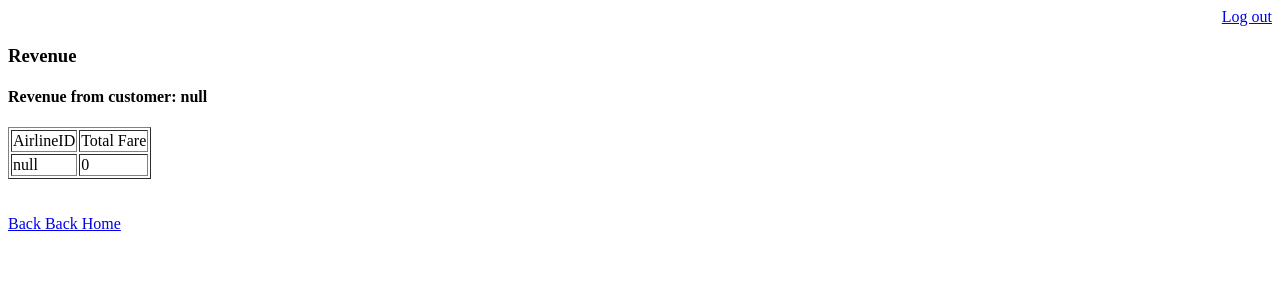
Repository: Pheazon/data_management
Page: http://localhost/cs336Final/revenueAirline.jsp
An editor plug-in stored every save of this project. The page is shown before and after the next save, followed by the edit.
The browser window is 1280 px wide. The pictures show the whole page.
The page is served by Tomcat 9. The database holds what the project's SQL file puts in it.

Above is the page before, as saved 2019-12-12 02:43:51.

### cs336Final/WebContent/revenueAirline.jsp
<%@ page language="java" contentType="text/html; charset=ISO-8859-1"
	pageEncoding="ISO-8859-1" import="com.cs336.pkg.*"%>
<%@ page import="java.io.*,java.util.*,java.sql.*"%>
<%@ page import="javax.servlet.http.*,javax.servlet.*"%>
<!DOCTYPE html PUBLIC "-//W3C//DTD HTML 4.01 Transitional//EN" "http://www.w3.org/TR/html4/loose.dtd">
<html>
<head>
<meta http-equiv="Content-Type" content="text/html; charset=ISO-8859-1">
<title>All Orders by Customer</title>
</head>
<body>



<div align="right"><a href='logout.jsp'>Log out</a></div>


<h3>Revenue</h3>

<h4>Revenue from customer: <%=request.getParameter("userid")%></h4>
<%

try{
		String userid = request.getParameter("userid");
		int totalRev = 0;

		ApplicationDB db = new ApplicationDB();
		Connection con = db.getConnection();
		PreparedStatement ps = null;
		Class.forName("com.mysql.jdbc.Driver").newInstance();
		Connection conn = db.getConnection();

		Statement statement = con.createStatement();
		String airline = request.getParameter("airline");

		String command = "SELECT FlightNumber FROM Flight WHERE airlineID = '" + airline+ "'";

		ResultSet result = statement.executeQuery(command);
		//Make an HTML table to show the results in:
		out.print("<table border='1'>");

		//make a row
		out.print("<tr>");

		//make a column
		out.print("<td>");
		out.print("AirlineID");
		out.print("</td>");


		//make a column
		out.print("<td>");
		out.print("Total Fare");
		out.print("</td>");

		out.print("</tr>");

		int totalFare = 0;
		//parse out the results
		while (result.next()) {
			out.println("IM IN");
			String anotherCommand = "SELECT TotalFare FROM Reservation WHERE FlightNumber = '" + result.getInt(1) + "'";
			ResultSet anotherresult = statement.executeQuery(anotherCommand);
			while (anotherresult.next())
				totalFare += anotherresult.getInt(1);
			anotherresult.close();
		}

			out.print("<td>");
			out.print(airline);
			out.print("</td>");
			out.print("<td>");
			out.print(totalFare);
			out.print("</td>");
			out.print("</tr>");
		out.print("</table>");

		result.close();

		statement.close();
		con.close();
} catch (Exception e){

}

%>
<br><br>
<a href="success.jsp">Back Back Home</a>


</body>
</html>

### cs336Final/src/com/cs336/pkg/ApplicationDB.java
package com.cs336.pkg;

import java.sql.Connection;
import java.sql.DriverManager;
import java.sql.SQLException;

public class ApplicationDB {

	public ApplicationDB(){

	}

	public Connection getConnection(){

		//Create a connection string
		String url = "jdbc:mysql://cs336db.cdnjviplnzua.us-east-2.rds.amazonaws.com:3306/BarBeerDrinkerSample";
		Connection connection = null;

		try {
			//Load JDBC driver - the interface standardizing the connection procedure. Look at WEB-INF\lib for a mysql connector jar file, otherwise it fails.
			Class.forName("com.mysql.jdbc.Driver").newInstance();
		} catch (InstantiationException e) {
			// TODO Auto-generated catch block
			e.printStackTrace();
		} catch (IllegalAccessException e) {
			// TODO Auto-generated catch block
			e.printStackTrace();
		} catch (ClassNotFoundException e) {
			// TODO Auto-generated catch block
			e.printStackTrace();
		}
		try {
			//Create a connection to your DB
			connection = DriverManager.getConnection(url,"cs336", "Rutgers123!");
		} catch (SQLException e) {
			// TODO Auto-generated catch block
			e.printStackTrace();
		}

		return connection;

	}

	public void closeConnection(Connection connection){
		try {
			connection.close();
		} catch (SQLException e) {
			// TODO Auto-generated catch block
			e.printStackTrace();
		}
	}





	public static void main(String[] args) {
		ApplicationDB dao = new ApplicationDB();
		Connection connection = dao.getConnection();

		System.out.println(connection);
		dao.closeConnection(connection);
	}



}

### cs336Final/BarBeerDrinkerSample.sql (the tables this page reads)
CREATE TABLE Flight (
FlightNumber int,
ArrivalTime DATETIME,
DepartureTime DATETIME NOT NULL,
dom_int varchar(30),
Fare int,
departingFrom varchar(3),
arrivingTo varchar(3),
airlineID varchar(2),
PRIMARY KEY (FlightNumber),
FOREIGN KEY (airlineID) REFERENCES `Airline`(Id),
FOREIGN KEY (departingFrom) REFERENCES `Airport`(Id),
FOREIGN KEY (arrivingTo) REFERENCES `Airport` (Id)
);

INSERT INTO Flight(FlightNumber, ArrivalTime, DepartureTime, dom_int, Fare, departingFrom,   arrivingTo, airlineID) VALUES ("111",'2019-04-27 09:00:00', '2016-04-26 10:00:00', "dom", "25", "AAA","BBB", "AA");

INSERT INTO Flight(FlightNumber, ArrivalTime, DepartureTime, dom_int, Fare, departingFrom,   arrivingTo, airlineID) VALUES ("112",'2019-04-27 09:00:00', '2016-04-26 10:00:00', "dom", "25", "AAA","BBB", "AA");

INSERT INTO Flight(FlightNumber, ArrivalTime, DepartureTime, dom_int, Fare, departingFrom,   arrivingTo, airlineID) VALUES ("113",'2019-04-27 09:00:00', '2016-04-26 10:00:00', "dom", "25", "AAA","BBB", "AA");

INSERT INTO Flight(FlightNumber, ArrivalTime, DepartureTime, dom_int, Fare, departingFrom,   arrivingTo, airlineID) VALUES ("114",'2019-04-27 09:00:00', '2016-04-26 10:00:00', "dom", "25", "AAA","BBB", "AA");

INSERT INTO Flight(FlightNumber, ArrivalTime, DepartureTime, dom_int, Fare, departingFrom,   arrivingTo, airlineID) VALUES ("115",'2019-04-27 09:00:00', '2016-04-26 10:00:00', "dom", "25", "AAA","BBB","BB");

INSERT INTO Flight(FlightNumber, ArrivalTime, DepartureTime, dom_int, Fare, departingFrom,   arrivingTo, airlineID ) VALUES ("222",'2019-04-20 09:00:00', '2016-04-18 14:00:00', "int", "22", "BBB","CCC", "BB");

INSERT INTO Flight(FlightNumber, ArrivalTime, DepartureTime, dom_int, Fare, departingFrom,   arrivingTo, airlineID) VALUES ("333",'2019-03-27 09:00:00', '2016-03-25 21:00:00', "dom", "100", "CCC","DDD", "CC");

INSERT INTO Flight(FlightNumber, ArrivalTime, DepartureTime, dom_int, Fare, departingFrom,   arrivingTo, airlineID) VALUES ("444",'2019-02-27 09:00:00', '2016-04-26 10:00:00', "int", "250", "DDD", "EEE", "DD");

INSERT INTO Flight(FlightNumber, ArrivalTime, DepartureTime, dom_int, Fare, departingFrom,   arrivingTo, airlineID) VALUES ("555",'2019-01-27 09:00:00', '2016-04-26 10:00:00', "int", "75", "EEE", "FFF", "EE");

INSERT INTO Flight(FlightNumber, ArrivalTime, DepartureTime, dom_int, Fare, departingFrom,   arrivingTo, airlineID) VALUES ("666",'2019-01-27 09:00:00', '2016-04-26 10:00:00', "dom", "60", "FFF", "AAA", "EE");

After the next save:
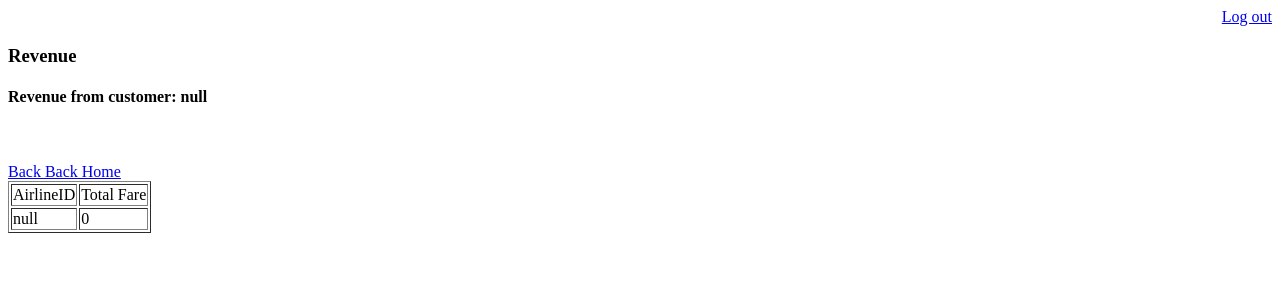
Saved 40 s later.
--- a/cs336Final/WebContent/revenueAirline.jsp
+++ b/cs336Final/WebContent/revenueAirline.jsp
@@ -58,7 +58,7 @@ try{
 		int totalFare = 0;
 		//parse out the results
 		while (result.next()) {
-			out.println("IM IN");
+
 			String anotherCommand = "SELECT TotalFare FROM Reservation WHERE FlightNumber = '" + result.getInt(1) + "'";
 			ResultSet anotherresult = statement.executeQuery(anotherCommand);
 			while (anotherresult.next())
@@ -73,7 +73,6 @@ try{
 			out.print(totalFare);
 			out.print("</td>");
 			out.print("</tr>");
-		out.print("</table>");
 
 		result.close();
 
